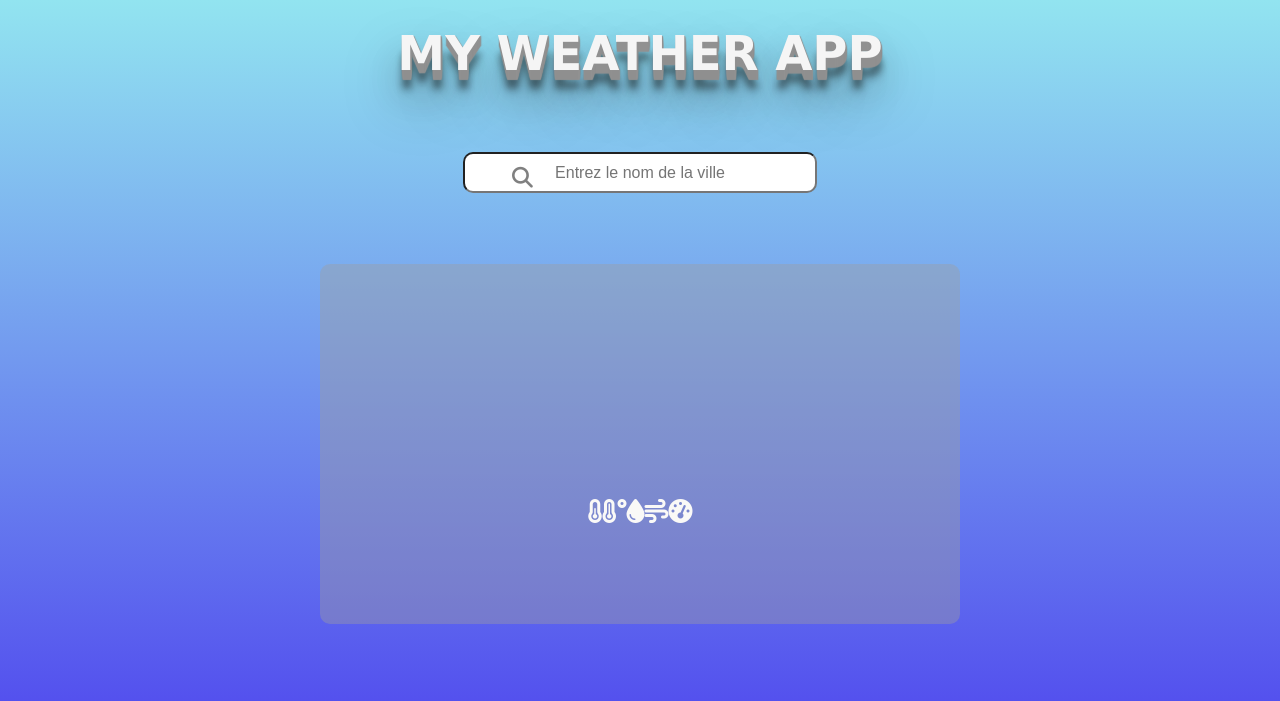
Repository: JeffnyAugustin/MyWeatherApp
Page: index.html
These files come from the project's save history. The page is drawn as it stood at one moment and after the next save; the edit follows.
The browser window is 1280 px wide. The pictures show the whole page.

Above is the page before, as saved 2023-11-15 18:02:57.

After the next save:
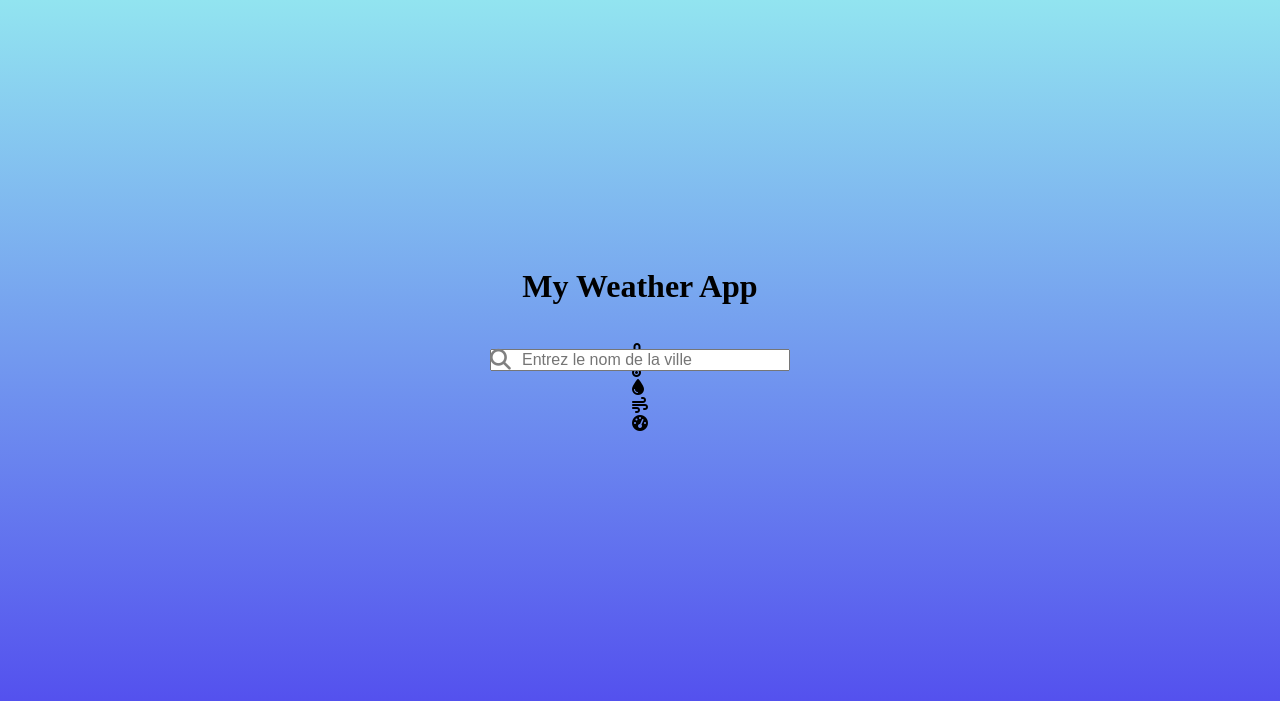
Saved 118 s later.
--- a/css/style.css
+++ b/css/style.css
@@ -1,14 +1,15 @@
 * {
-    padding : 0;
+    padding: 0;
     margin: 0;
 }
 
 body {
     display: flex;
     justify-content: center;
+    align-items: center;
     height: 100vh;
     width: 100vw;
-    background: linear-gradient(0deg, rgba(82,77,238,1) 0%, rgba(146,228,240,1) 100%);
+    background: linear-gradient(0deg, rgba(82, 77, 238, 1) 0%, rgba(146, 228, 240, 1) 100%);
     overflow-y: hidden;
 }
 
@@ -18,133 +19,37 @@
     align-items: center;
     justify-content: space-around;
     gap: 20px;
-
 }
 
-
+#searchContainer {
+    position: fixed;
+    top: 50%;
+    left: 50%;
+    transform: translate(-50%, -50%);
+    width: 300px;
+    padding: 10px;
+    z-index: 1000;
+    display: flex;
+    justify-content: center;
+    align-items: center;
+}
 
 #searchBox {
-    width: 350px; /* Ajustez la largeur selon vos besoins */
-    margin: 0 auto; /* Centrez la barre de recherche horizontalement */
-    text-align: center;
-    height: 37px;
-    border-radius: 10px;
+    width: 100%;
+    padding-left: 30px;
     font-size: 1rem;
 }
 
 #searchBox input {
-    padding-left: 30px; /* Ajoutez un espace pour l'icône à gauche */
+    padding-left: 30px;
+    width: 100%;
 }
 
 #searchContainer i.fas.fa-search {
     position: absolute;
-    top: 25%;
-    transform: translateY(-56%);
-    left: 40%;
+    left: 10px;
     color: grey;
     font-size: 1.3em;
-  }
-
-
-#allTogether {
-    width: 50VW;
-    height: 50VH;
-    display: flex;
-    flex-direction: column;
-    justify-content: space-evenly;
-    align-items: center;
-    background-color: rgb(158 158 158 / 40%);
-    border-radius: 10px;
 }
 
-div#meteoElement {
-    display: flex;
-    flex-direction: row;
-    justify-content: space-around;
-    flex-wrap: wrap;
-    color: rgb(250, 249, 247);
-    font-size: 1.5rem;
-}
-
-div#cityElement {
-    display: flex;
-    flex-direction: row;
-    gap: 10px;
-    justify-content: center;
-}
-
-div#cityDescription {
-    display: flex;
-    flex-direction: column;
-    gap: 20PX;
-}
-
-#prevision {
-    background-color: rgb(134 126 126 / 41%);
-    display: flex;
-    flex-direction: row;
-    justify-content: center;
-    align-items: center;
-    gap: 10px;
-}
-
-.day-forecast {
-    display: flex;
-    flex-direction: column;
-    align-items: center;
-    height: 98%;
-    width: 230px;
-    background-color: #eeeced4f;
-}
-
-
-p {
-    font-size: 2rem;
-    color: white;
-}
-
-p.cityName {
-    text-align: center;
-}
-
-h1.textTitle {
-    text-transform: uppercase;
-    font-family: verdana;
-    font-size: 3em;
-    font-weight: 700;
-    color: #f5f5f5;
-    text-shadow: 1px 1px 1px #919191,
-        1px 2px 1px #919191,
-        1px 3px 1px #919191,
-        1px 4px 1px #919191,
-        1px 5px 1px #919191,
-        1px 6px 1px #919191,
-        1px 7px 1px #919191,
-        1px 8px 1px #919191,
-        1px 9px 1px #919191,
-        1px 10px 1px #919191,
-    1px 18px 6px rgba(16,16,16,0.4),
-    1px 22px 10px rgba(16,16,16,0.2),
-    1px 25px 35px rgba(16,16,16,0.2),
-    1px 30px 60px rgba(16,16,16,0.4);
-}
-
-
-.temps {
-    font-size: 1.5rem;
-}
-.feels-like {
-    font-size: 1.5rem;
-  }
-
-  .humidity {
-    font-size: 1.5rem;
-}
-
-.wind {
-    font-size: 1.5rem;
-}
-
-.pressure {
-    font-size: 1.5rem;
-}
+/* ... (rest of your CSS remains unchanged) */

After the save that followed:
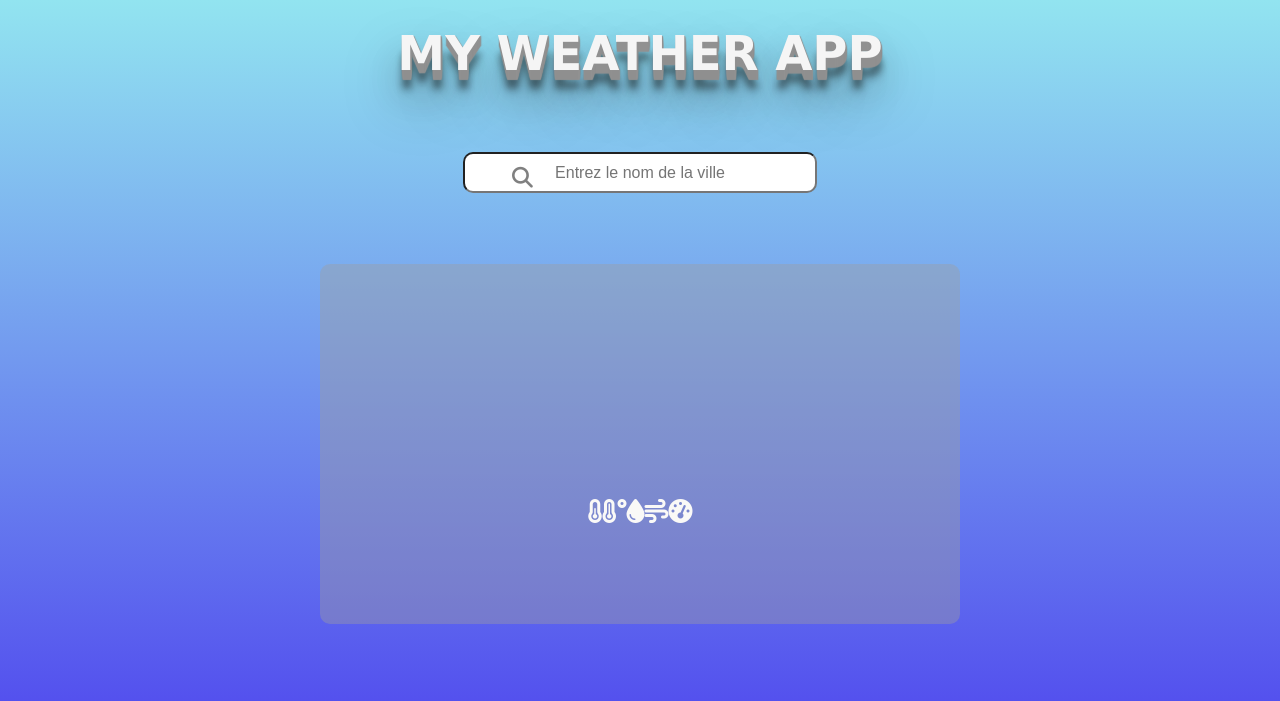
Saved 4 s later.
--- a/css/style.css
+++ b/css/style.css
@@ -1,15 +1,14 @@
 * {
-    padding: 0;
+    padding : 0;
     margin: 0;
 }
 
 body {
     display: flex;
     justify-content: center;
-    align-items: center;
     height: 100vh;
     width: 100vw;
-    background: linear-gradient(0deg, rgba(82, 77, 238, 1) 0%, rgba(146, 228, 240, 1) 100%);
+    background: linear-gradient(0deg, rgba(82,77,238,1) 0%, rgba(146,228,240,1) 100%);
     overflow-y: hidden;
 }
 
@@ -19,37 +18,133 @@
     align-items: center;
     justify-content: space-around;
     gap: 20px;
+
 }
 
-#searchContainer {
-    position: fixed;
-    top: 50%;
-    left: 50%;
-    transform: translate(-50%, -50%);
-    width: 300px;
-    padding: 10px;
-    z-index: 1000;
-    display: flex;
-    justify-content: center;
-    align-items: center;
-}
+
 
 #searchBox {
-    width: 100%;
-    padding-left: 30px;
+    width: 350px; /* Ajustez la largeur selon vos besoins */
+    margin: 0 auto; /* Centrez la barre de recherche horizontalement */
+    text-align: center;
+    height: 37px;
+    border-radius: 10px;
     font-size: 1rem;
 }
 
 #searchBox input {
-    padding-left: 30px;
-    width: 100%;
+    padding-left: 30px; /* Ajoutez un espace pour l'icône à gauche */
 }
 
 #searchContainer i.fas.fa-search {
     position: absolute;
-    left: 10px;
+    top: 25%;
+    transform: translateY(-56%);
+    left: 40%;
     color: grey;
     font-size: 1.3em;
+  }
+
+
+#allTogether {
+    width: 50VW;
+    height: 50VH;
+    display: flex;
+    flex-direction: column;
+    justify-content: space-evenly;
+    align-items: center;
+    background-color: rgb(158 158 158 / 40%);
+    border-radius: 10px;
 }
 
-/* ... (rest of your CSS remains unchanged) */
+div#meteoElement {
+    display: flex;
+    flex-direction: row;
+    justify-content: space-around;
+    flex-wrap: wrap;
+    color: rgb(250, 249, 247);
+    font-size: 1.5rem;
+}
+
+div#cityElement {
+    display: flex;
+    flex-direction: row;
+    gap: 10px;
+    justify-content: center;
+}
+
+div#cityDescription {
+    display: flex;
+    flex-direction: column;
+    gap: 20PX;
+}
+
+#prevision {
+    background-color: rgb(134 126 126 / 41%);
+    display: flex;
+    flex-direction: row;
+    justify-content: center;
+    align-items: center;
+    gap: 10px;
+}
+
+.day-forecast {
+    display: flex;
+    flex-direction: column;
+    align-items: center;
+    height: 98%;
+    width: 230px;
+    background-color: #eeeced4f;
+}
+
+
+p {
+    font-size: 2rem;
+    color: white;
+}
+
+p.cityName {
+    text-align: center;
+}
+
+h1.textTitle {
+    text-transform: uppercase;
+    font-family: verdana;
+    font-size: 3em;
+    font-weight: 700;
+    color: #f5f5f5;
+    text-shadow: 1px 1px 1px #919191,
+        1px 2px 1px #919191,
+        1px 3px 1px #919191,
+        1px 4px 1px #919191,
+        1px 5px 1px #919191,
+        1px 6px 1px #919191,
+        1px 7px 1px #919191,
+        1px 8px 1px #919191,
+        1px 9px 1px #919191,
+        1px 10px 1px #919191,
+    1px 18px 6px rgba(16,16,16,0.4),
+    1px 22px 10px rgba(16,16,16,0.2),
+    1px 25px 35px rgba(16,16,16,0.2),
+    1px 30px 60px rgba(16,16,16,0.4);
+}
+
+
+.temps {
+    font-size: 1.5rem;
+}
+.feels-like {
+    font-size: 1.5rem;
+  }
+
+  .humidity {
+    font-size: 1.5rem;
+}
+
+.wind {
+    font-size: 1.5rem;
+}
+
+.pressure {
+    font-size: 1.5rem;
+}
